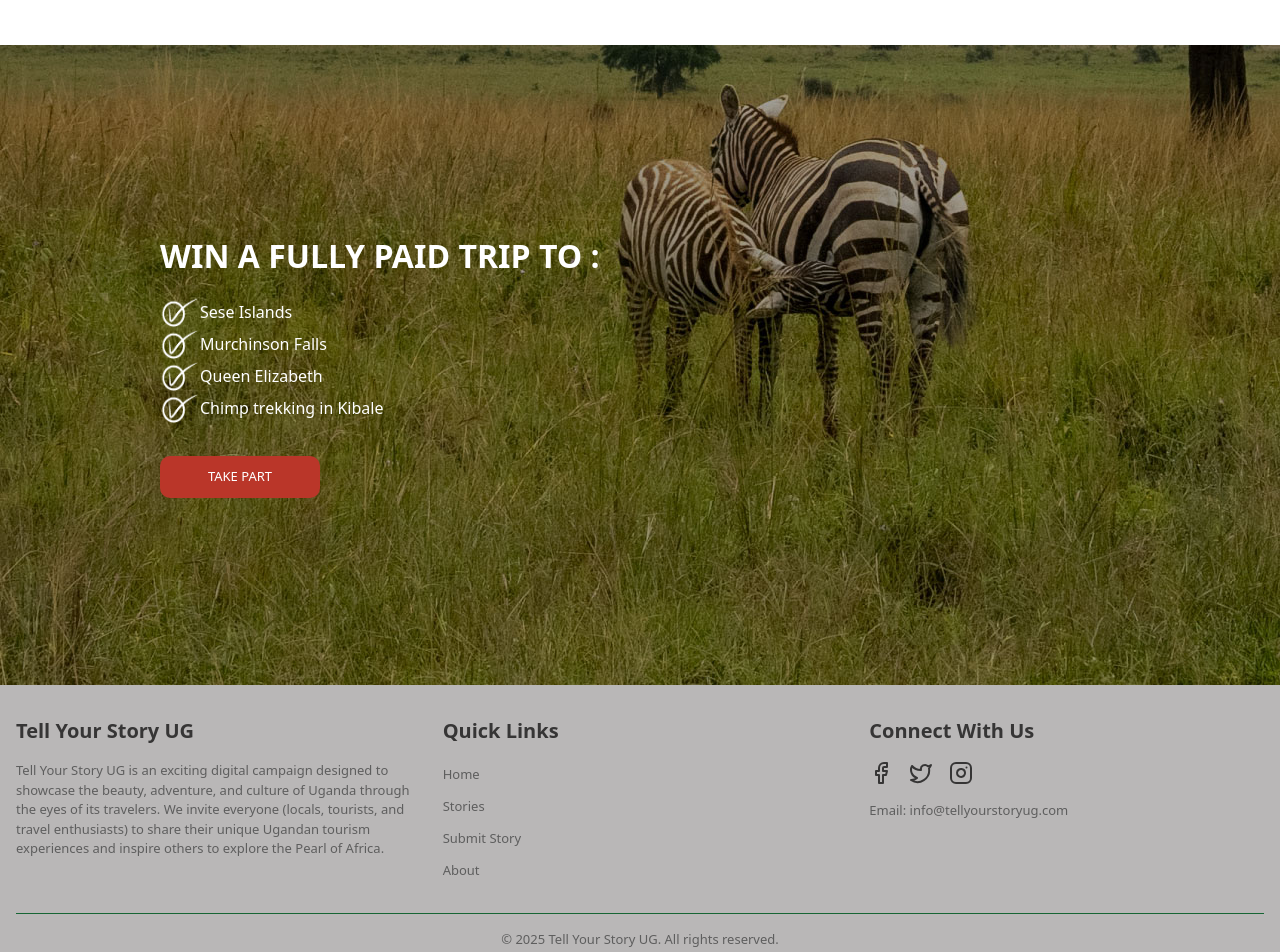
Repository: kaizoku010/take.part
Page: /
The author's editor kept a copy of each file at every save. The page is drawn from the files as they stood at one save, then again after a run of saves.
The browser window is 1280 px wide. The pictures show the part of the page from y = 2606 to 3558 px (the page is 3588 px tall).
Backgrounds fixed to the window are drawn as part of the page. The project was rebuilt for these pictures with package versions that can differ from the ones it lists, and the page was loaded fresh each time. Also part of the build but not shown: vite.config.ts, src/components/ui/tooltip.tsx, src/pages/About.tsx, src/components/ui/input.tsx, src/pages/Stories.tsx, src/pages/StoryDetail.tsx, src/components/ui/use-toast.ts, src/components/ui/label.tsx and 4 more.

Above is the page before, as saved 2025-04-14 15:37:14.

### index.html

<!DOCTYPE html>
<html lang="en">
  <head>
    <meta charset="UTF-8" />
    <meta name="viewport" content="width=device-width, initial-scale=1.0" />
    <title>TAKE PART</title>
    <meta name="description" content="Share your Ugandan tourism experiences and inspire others to explore the Pearl of Africa" />
    <meta name="author" content="muneza dixon" />

    <meta property="og:title" content="Tell Your Story UG - Explore Uganda" />
    <meta property="og:description" content="Share your Ugandan tourism experiences and inspire others to explore the Pearl of Africa" />

    <!-- Meta Pixel Code -->
    <script>
    !function(f,b,e,v,n,t,s)
    {if(f.fbq)return;n=f.fbq=function(){n.callMethod?
    n.callMethod.apply(n,arguments):n.queue.push(arguments)};
    if(!f._fbq)f._fbq=n;n.push=n;n.loaded=!0;n.version='2.0';
    n.queue=[];t=b.createElement(e);t.async=!0;
    t.src=v;s=b.getElementsByTagName(e)[0];
    s.parentNode.insertBefore(t,s)}(window, document,'script',
    'https://connect.facebook.net/en_US/fbevents.js');
    fbq('init', '1846327909352916');
    fbq('track', 'PageView');
    </script>
    <!-- End Meta Pixel Code -->
  </head>

  <body>
    <div id="root"></div>
    <!-- Facebook Pixel noscript -->
    <noscript><img height="1" width="1" style="display:none"
    src="https://www.facebook.com/tr?id=1846327909352916&ev=PageView&noscript=1"
    /></noscript>
    <!-- IMPORTANT: DO NOT REMOVE THIS SCRIPT TAG OR THIS VERY COMMENT! -->
    <script src="https://cdn.gpteng.co/gptengineer.js" type="module"></script>
    <script type="module" src="/src/main.tsx"></script>
  </body>
</html>

### src/App.tsx

import { Toaster } from "@/components/ui/toaster";
import { Toaster as Sonner } from "@/components/ui/sonner";
import { TooltipProvider } from "@/components/ui/tooltip";
import { QueryClient, QueryClientProvider } from "@tanstack/react-query";
import { BrowserRouter, Routes, Route } from "react-router-dom";
import Home from "./pages/Home";
import About from "./pages/About";
import Stories from "./pages/Stories";
import StoryDetail from "./pages/StoryDetail";
import SubmitStory from "./pages/SubmitStory";
import NotFound from "./pages/NotFound";
import "./mdx.css";
import "./mobile.css"

const queryClient = new QueryClient();

const App = () => (
  <QueryClientProvider client={queryClient}>
    <TooltipProvider>
      <Toaster />
      <Sonner />
      <BrowserRouter>
        <Routes>
          <Route path="/" element={<Home />} />
          <Route path="/about" element={<About />} />
          <Route path="/stories" element={<Stories />} />
          <Route path="/stories/:id" element={<StoryDetail />} />
          <Route path="/submit-story" element={<SubmitStory />} />
          {/* ADD ALL CUSTOM ROUTES ABOVE THE CATCH-ALL "*" ROUTE */}
          <Route path="*" element={<NotFound />} />
        </Routes>
      </BrowserRouter>
    </TooltipProvider>
  </QueryClientProvider>
);

export default App;

### src/index.css
@tailwind base;
@tailwind components;
@tailwind utilities;

@layer base {
  :root {
    --background: 0 0% 100%;
    --foreground: 222.2 84% 4.9%;

    --card: 0 0% 100%;
    --card-foreground: 222.2 84% 4.9%;

    --popover: 0 0% 100%;
    --popover-foreground: 222.2 84% 4.9%;

    /* Main Orange/Gold */
    --primary: 41.81 100% 49.8%;
    --primary-foreground: 210 40% 98%;

    /* Rust Red */
    --secondary: 5.38 63.88% 44.51%;
    --secondary-foreground: 210 40% 98%;

    /* Change accent to Rust Red */
    --accent: 5.38 63.88% 44.51%;
    --accent-foreground: 210 40% 98%;

    --muted: 210 40% 96.1%;
    --muted-foreground: 215.4 16.3% 46.9%;

    --destructive: 0 84.2% 60.2%;
    --destructive-foreground: 210 40% 98%;

    --border: 214.3 31.8% 91.4%;
    --input: 214.3 31.8% 91.4%;
    --ring: 5.38 63.88% 44.51%;  /* Changed to Rust Red */

    --radius: 0.5rem;

    --sidebar-background: 0 0% 98%;

    --sidebar-foreground: 240 5.3% 26.1%;

    --sidebar-primary: 240 5.9% 10%;

    --sidebar-primary-foreground: 0 0% 98%;

    --sidebar-accent: 240 4.8% 95.9%;

    --sidebar-accent-foreground: 240 5.9% 10%;

    --sidebar-border: 220 13% 91%;

    --sidebar-ring: 217.2 91.2% 59.8%;
  }

  .dark {
    --background: 222.2 84% 4.9%;
    --foreground: 210 40% 98%;

    --card: 222.2 84% 4.9%;
    --card-foreground: 210 40% 98%;

    --popover: 222.2 84% 4.9%;
    --popover-foreground: 210 40% 98%;

    /* Main Orange/Gold */
    --primary: 41.81 100% 49.8%;
    --primary-foreground: 210 40% 98%;

    /* Rust Red */
    --secondary: 5.38 63.88% 44.51%;
    --secondary-foreground: 210 40% 98%;

    /* Change accent to Rust Red */
    --accent: 5.38 63.88% 44.51%;
    --accent-foreground: 210 40% 98%;

    --muted: 217.2 32.6% 17.5%;
    --muted-foreground: 215 20.2% 65.1%;

    --destructive: 0 62.8% 30.6%;
    --destructive-foreground: 210 40% 98%;

    --border: 217.2 32.6% 17.5%;
    --input: 217.2 32.6% 17.5%;
    --ring: 5.38 63.88% 44.51%;  /* Changed to Rust Red */
    --sidebar-background: 240 5.9% 10%;
    --sidebar-foreground: 240 4.8% 95.9%;
    --sidebar-primary: 224.3 76.3% 48%;
    --sidebar-primary-foreground: 0 0% 100%;
    --sidebar-accent: 240 3.7% 15.9%;
    --sidebar-accent-foreground: 240 4.8% 95.9%;
    --sidebar-border: 240 3.7% 15.9%;
    --sidebar-ring: 217.2 91.2% 59.8%;
  }
}

@layer base {
  * {
    @apply border-border;
  }

  body {
    @apply bg-background text-foreground;
  }
}

### src/components/ui/toaster.tsx
import { useToast } from "@/hooks/use-toast"
import {
  Toast,
  ToastClose,
  ToastDescription,
  ToastProvider,
  ToastTitle,
  ToastViewport,
} from "@/components/ui/toast"

export function Toaster() {
  const { toasts } = useToast()

  return (
    <ToastProvider>
      {toasts.map(function ({ id, title, description, action, ...props }) {
        return (
          <Toast key={id} {...props}>
            <div className="grid gap-1">
              {title && <ToastTitle>{title}</ToastTitle>}
              {description && (
                <ToastDescription>{description}</ToastDescription>
              )}
            </div>
            {action}
            <ToastClose />
          </Toast>
        )
      })}
      <ToastViewport />
    </ToastProvider>
  )
}

### src/components/ui/sonner.tsx
import { useTheme } from "next-themes"
import { Toaster as Sonner, toast } from "sonner"

type ToasterProps = React.ComponentProps<typeof Sonner>

const Toaster = ({ ...props }: ToasterProps) => {
  const { theme = "system" } = useTheme()

  return (
    <Sonner
      theme={theme as ToasterProps["theme"]}
      className="toaster group"
      toastOptions={{
        classNames: {
          toast:
            "group toast group-[.toaster]:bg-background group-[.toaster]:text-foreground group-[.toaster]:border-border group-[.toaster]:shadow-lg",
          description: "group-[.toast]:text-muted-foreground",
          actionButton:
            "group-[.toast]:bg-primary group-[.toast]:text-primary-foreground",
          cancelButton:
            "group-[.toast]:bg-muted group-[.toast]:text-muted-foreground",
        },
      }}
      {...props}
    />
  )
}

export { Toaster, toast }

### src/mdx.css
/* #hero-text{
    font-size: medium !important;
} */

#logo{
    width: 6rem !important;
}

#link{
    font-weight: 500;
color:rgba(0, 0, 0, 0.658) !important;
}


.bg-green-800{
    background-color: #ba3629 !important;
}

.bg-yellow-800{
    background-color: rgb(254, 177, 0) !important;
}

.bg-green-900 {
    color: rgb(54, 53, 53) !important;
background-color: rgb(185, 183, 183) !important;
}


.text-green-800 {
    --tw-text-opacity: 1;
    color: rgb(43 49 45) !important;
}


.text-gray-hound{
    font-size: small;
    color: rgb(94, 94, 94) !important;
}


#carousel-section{
    padding-top: 5rem;
    padding-bottom: 5rem;
    background-color: #feb100 !important;
}

.bg-background {
    background-color: #212120 !important;
}

#prizes-section{
    height: 40rem !important;
    display: flex;
    padding-left: 10rem;
    background-position: bottom;
    background-attachment: fixed;
    width: 100%;
    background-image: url("../src/media/zebs.jpg");
}


.content-prizes{
display: flex;
/* background-color: red; */
width: 100%;
flex-direction: column;
justify-content: center;
}

.content-prizes-2{
display: flex;
background-color: transparent;
width: 100%;
flex-direction: column;
}

.win-title{

    font-weight: 800;
    font-size: 2rem;
    margin-bottom: 1rem;
    color: white;
}

.prize{
    display: flex;

    /* margin-bottom: 1rem; */
    font-weight: 200;
    /* font-size: 2rem; */
    align-items: center;
    color: white;
}

.prize img{
    width: 2.5rem;
    height: 2rem;
}


.take-part{
    background-color: #ba3629;
    color: white;
    padding: 0.7rem;
    margin-top: 2rem;
    width: 10rem;
    font-weight: 300;
    font-size: small;
    border-radius: 10px;

}

.take-part:hover{
background-color: #feb100 !important;
}

### src/components/ui/button.tsx
import * as React from "react"
import { Slot } from "@radix-ui/react-slot"
import { cva, type VariantProps } from "class-variance-authority"

import { cn } from "@/lib/utils"

const buttonVariants = cva(
  "inline-flex items-center justify-center gap-2 whitespace-nowrap rounded-md text-sm font-medium ring-offset-background transition-colors focus-visible:outline-none focus-visible:ring-2 focus-visible:ring-ring focus-visible:ring-offset-2 disabled:pointer-events-none disabled:opacity-50 [&_svg]:pointer-events-none [&_svg]:size-4 [&_svg]:shrink-0",
  {
    variants: {
      variant: {
        default: "bg-primary text-primary-foreground hover:bg-primary/90",
        destructive:
          "bg-destructive text-destructive-foreground hover:bg-destructive/90",
        outline:
          "border border-input bg-background hover:bg-accent hover:text-accent-foreground",
        secondary:
          "bg-secondary text-secondary-foreground hover:bg-secondary/80",
        ghost: "hover:bg-accent hover:text-accent-foreground",
        link: "text-primary underline-offset-4 hover:underline",
      },
      size: {
        default: "h-10 px-4 py-2",
        sm: "h-9 rounded-md px-3",
        lg: "h-11 rounded-md px-8",
        icon: "h-10 w-10",
      },
    },
    defaultVariants: {
      variant: "default",
      size: "default",
    },
  }
)

export interface ButtonProps
  extends React.ButtonHTMLAttributes<HTMLButtonElement>,
    VariantProps<typeof buttonVariants> {
  asChild?: boolean
}

const Button = React.forwardRef<HTMLButtonElement, ButtonProps>(
  ({ className, variant, size, asChild = false, ...props }, ref) => {
    const Comp = asChild ? Slot : "button"
    return (
      <Comp
        className={cn(buttonVariants({ variant, size, className }))}
        ref={ref}
        {...props}
      />
    )
  }
)
Button.displayName = "Button"

export { Button, buttonVariants }

### src/components/ui/card.tsx
import * as React from "react"

import { cn } from "@/lib/utils"

const Card = React.forwardRef<
  HTMLDivElement,
  React.HTMLAttributes<HTMLDivElement>
>(({ className, ...props }, ref) => (
  <div
    ref={ref}
    className={cn(
      "rounded-lg border bg-card text-card-foreground shadow-sm",
      className
    )}
    {...props}
  />
))
Card.displayName = "Card"

const CardHeader = React.forwardRef<
  HTMLDivElement,
  React.HTMLAttributes<HTMLDivElement>
>(({ className, ...props }, ref) => (
  <div
    ref={ref}
    className={cn("flex flex-col space-y-1.5 p-6", className)}
    {...props}
  />
))
CardHeader.displayName = "CardHeader"

const CardTitle = React.forwardRef<
  HTMLParagraphElement,
  React.HTMLAttributes<HTMLHeadingElement>
>(({ className, ...props }, ref) => (
  <h3
    ref={ref}
    className={cn(
      "text-2xl font-semibold leading-none tracking-tight",
      className
    )}
    {...props}
  />
))
CardTitle.displayName = "CardTitle"

const CardDescription = React.forwardRef<
  HTMLParagraphElement,
  React.HTMLAttributes<HTMLParagraphElement>
>(({ className, ...props }, ref) => (
  <p
    ref={ref}
    className={cn("text-sm text-muted-foreground", className)}
    {...props}
  />
))
CardDescription.displayName = "CardDescription"

const CardContent = React.forwardRef<
  HTMLDivElement,
  React.HTMLAttributes<HTMLDivElement>
>(({ className, ...props }, ref) => (
  <div ref={ref} className={cn("p-6 pt-0", className)} {...props} />
))
CardContent.displayName = "CardContent"

const CardFooter = React.forwardRef<
  HTMLDivElement,
  React.HTMLAttributes<HTMLDivElement>
>(({ className, ...props }, ref) => (
  <div
    ref={ref}
    className={cn("flex items-center p-6 pt-0", className)}
    {...props}
  />
))
CardFooter.displayName = "CardFooter"

export { Card, CardHeader, CardFooter, CardTitle, CardDescription, CardContent }

### src/components/layout/Layout.tsx

import { ReactNode } from "react";
import Header from "./Header";
import Footer from "./Footer";

interface LayoutProps {
  children: ReactNode;
}

const Layout = ({ children }: LayoutProps) => {
  return (
    <div className="flex flex-col min-h-screen">
      <Header />
      <main className="flex-grow">
        {children}
      </main>
      <Footer />
    </div>
  );
};

export default Layout;

### src/components/layout/Header.tsx

import { useState } from "react";
import { Menu, X } from "lucide-react";
import { Link } from "react-router-dom";
import Logo from "../../media/logo.png";

const Header = () => {
  const [isMenuOpen, setIsMenuOpen] = useState(false);

  const toggleMenu = () => {
    setIsMenuOpen(!isMenuOpen);
  };

  return (
    <header className="text-white shadow-md">
      <div className="container mx-auto px-4">
        <div className="flex justify-between items-center">
          <Link to="/" className="text-2xl font-bold flex items-center gap-2">
            <img id="logo" src={Logo} alt="Logo" />
            {/* <span className="text-white">Tell Your Story</span> */}
          </Link>

          {/* Desktop Navigation */}
          <nav className="hidden md:flex space-x-8">
            <Link to="/" id="link" className="hover:text-yellow-400 transition-colors">Home</Link>
            <Link to="/stories" id="link" className="hover:text-yellow-400 transition-colors">Stories</Link>
            <Link to="/submit-story" id="link" className="hover:text-yellow-400 transition-colors">Submit Story</Link>
            <Link to="/about" id="link" className="hover:text-yellow-400 transition-colors">About</Link>
          </nav>

          {/* Mobile Menu Button */}
          <button
            onClick={toggleMenu}
            className="md:hidden text-white focus:outline-none"
          >
            {isMenuOpen ? <X size={24} /> : <Menu size={24} />}
          </button>
        </div>

        {/* Mobile Navigation */}
        {isMenuOpen && (
          <nav className="md:hidden pt-4 pb-2">
            <div className="flex flex-col space-y-3">
              <Link
                to="/"
                id="link"
                className="hover:text-yellow-400 transition-colors py-2"
                onClick={() => setIsMenuOpen(false)}
              >
                Home
              </Link>
              <Link
                to="/stories"
                id="link"
                className="hover:text-yellow-400 transition-colors py-2"
                onClick={() => setIsMenuOpen(false)}
              >
                Stories
              </Link>
              <Link
                to="/submit-story"
                id="link"
                className="hover:text-yellow-400 transition-colors py-2"
                onClick={() => setIsMenuOpen(false)}
              >
                Submit Story
              </Link>
              <Link
                to="/about"
                id="link"
                className="hover:text-yellow-400 transition-colors py-2"
                onClick={() => setIsMenuOpen(false)}
              >
                About
              </Link>
            </div>
          </nav>
        )}
      </div>
    </header>
  );
};

export default Header;

### src/components/layout/Footer.tsx

import { Facebook, Instagram, Twitter } from "lucide-react";
import { Link } from "react-router-dom";

const Footer = () => {
  return (
    <footer className="bg-green-900 text-white py-8">
      <div className="container mx-auto px-4">
        <div className="grid grid-cols-1 md:grid-cols-3 gap-8">
          <div>
            <h3 className="text-xl font-bold mb-4">Tell Your Story UG</h3>
            <p className="text-gray-300 text-gray-hound">
            Tell Your Story UG is an exciting digital campaign designed to showcase the beauty, adventure, and culture of Uganda through the eyes of its travelers. We invite everyone (locals, tourists, and travel enthusiasts) to share their unique Ugandan tourism experiences and inspire others to explore the Pearl of Africa.
                        </p>
          </div>

          <div>
            <h3 className="text-xl font-bold mb-4">Quick Links</h3>
            <ul className="space-y-2">
              <li><Link to="/" className="text-gray-hound text-gray-300 hover:text-yellow-400 transition-colors">Home</Link></li>
              <li><Link to="/stories" className="text-gray-hound text-gray-300 hover:text-yellow-400 transition-colors">Stories</Link></li>
              <li><Link to="/submit-story" className="text-gray-hound text-gray-300 hover:text-yellow-400 transition-colors">Submit Story</Link></li>
              <li><Link to="/about" className="text-gray-hound text-gray-300 hover:text-yellow-400 transition-colors">About</Link></li>
            </ul>
          </div>

          <div>
            <h3 className="text-xl font-bold mb-4">Connect With Us</h3>
            <div className="flex space-x-4">
              <a href="https://facebook.com" target="_blank" rel="noopener noreferrer" className="hover:text-yellow-400 transition-colors">
                <Facebook size={24} />
              </a>
              <a href="https://twitter.com" target="_blank" rel="noopener noreferrer" className="hover:text-yellow-400 transition-colors">
                <Twitter size={24} />
              </a>
              <a href="https://instagram.com" target="_blank" rel="noopener noreferrer" className="hover:text-yellow-400 transition-colors">
                <Instagram size={24} />
              </a>
            </div>
            <p className="mt-4 text-gray-300 text-gray-hound">
              Email: <a href="mailto:info@tellyourstoryug.com" className="text-gray-hound hover:text-yellow-400 transition-colors">info@tellyourstoryug.com</a>
            </p>
          </div>
        </div>

        <div className="mt-8 pt-4 border-t border-green-800 text-center text-gray-300 text-gray-hound">
          <p>&copy; {new Date().getFullYear()} Tell Your Story UG. All rights reserved.</p>
        </div>
      </div>
    </footer>
  );
};

export default Footer;

### tailwind.config.ts
import type { Config } from "tailwindcss";

export default {
	darkMode: ["class"],
	content: [
		"./pages/**/*.{ts,tsx}",
		"./components/**/*.{ts,tsx}",
		"./app/**/*.{ts,tsx}",
		"./src/**/*.{ts,tsx}",
	],
	prefix: "",
	theme: {
		container: {
			center: true,
			padding: '2rem',
			screens: {
				'2xl': '1400px'
			}
		},
		extend: {
			colors: {
				main: 'hsl(41.81, 100%, 49.8%)',    // Orange/Gold
				accent: 'hsl(5.38, 63.88%, 44.51%)', // Rust Red
				border: 'hsl(var(--border))',
				input: 'hsl(var(--input))',
				ring: 'hsl(var(--ring))',
				background: 'hsl(var(--background))',
				foreground: 'hsl(var(--foreground))',
				primary: {
					DEFAULT: 'hsl(var(--primary))',
					foreground: 'hsl(var(--primary-foreground))'
				},
				secondary: {
					DEFAULT: 'hsl(var(--secondary))',
					foreground: 'hsl(var(--secondary-foreground))'
				},
				destructive: {
					DEFAULT: 'hsl(var(--destructive))',
					foreground: 'hsl(var(--destructive-foreground))'
				},
				muted: {
					DEFAULT: 'hsl(var(--muted))',
					foreground: 'hsl(var(--muted-foreground))'
				},
				// accent: {
				// 	DEFAULT: 'hsl(var(--accent))',
				// 	foreground: 'hsl(var(--accent-foreground))'
				// },
				popover: {
					DEFAULT: 'hsl(var(--popover))',
					foreground: 'hsl(var(--popover-foreground))'
				},
				card: {
					DEFAULT: 'hsl(var(--card))',
					foreground: 'hsl(var(--card-foreground))'
				},
				sidebar: {
					DEFAULT: 'hsl(var(--sidebar-background))',
					foreground: 'hsl(var(--sidebar-foreground))',
					primary: 'hsl(var(--sidebar-primary))',
					'primary-foreground': 'hsl(var(--sidebar-primary-foreground))',
					accent: 'hsl(var(--sidebar-accent))',
					'accent-foreground': 'hsl(var(--sidebar-accent-foreground))',
					border: 'hsl(var(--sidebar-border))',
					ring: 'hsl(var(--sidebar-ring))'
				}
			},
			borderRadius: {
				lg: 'var(--radius)',
				md: 'calc(var(--radius) - 2px)',
				sm: 'calc(var(--radius) - 4px)'
			},
			keyframes: {
				'accordion-down': {
					from: {
						height: '0'
					},
					to: {
						height: 'var(--radix-accordion-content-height)'
					}
				},
				'accordion-up': {
					from: {
						height: 'var(--radix-accordion-content-height)'
					},
					to: {
						height: '0'
					}
				}
			},
			animation: {
				'accordion-down': 'accordion-down 0.2s ease-out',
				'accordion-up': 'accordion-up 0.2s ease-out'
			}
		}
	},
	plugins: [require("tailwindcss-animate")],
} satisfies Config;

Loaded but not shown: src/main.tsx (common file); src/hooks/use-toast.ts (common file); src/lib/utils.ts (common file); src/pages/Home.tsx (261 lines, source omitted); src/components/ui/carousel.tsx (260 lines, source omitted); src/components/ui/toast.tsx (127 lines, source omitted); src/mobile.css (no copy from this time; the picture is the same without it)

After the next 4 saves:
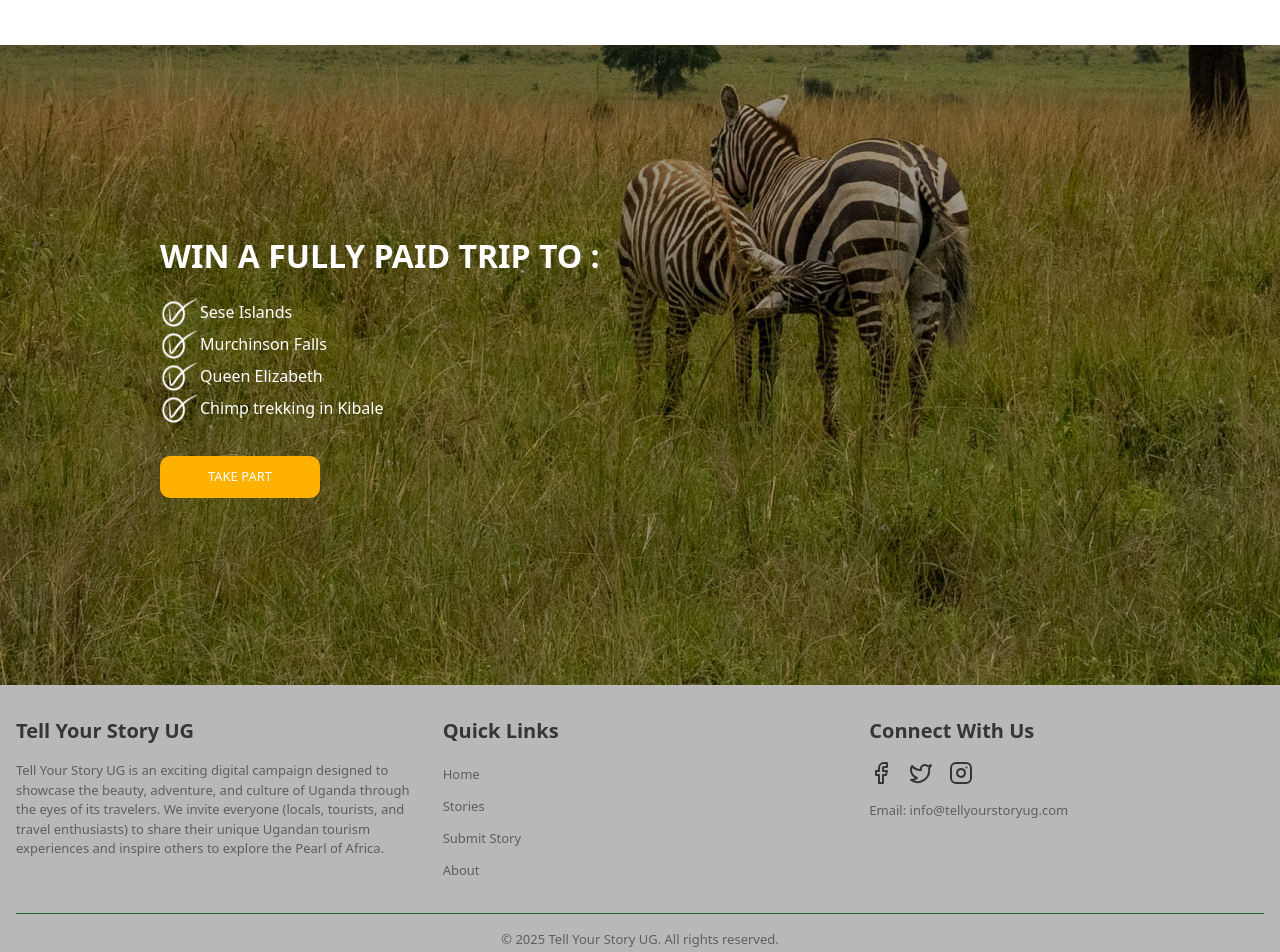
The 4 saves are shown as one change because they came seconds apart.
The last was saved 11 s later.
--- a/src/mdx.css
+++ b/src/mdx.css
@@ -99,7 +99,7 @@ flex-direction: column;
 
 
 .take-part{
-    background-color: #ba3629;
+    background-color: #feb100;
     color: white;
     padding: 0.7rem;
     margin-top: 2rem;
@@ -111,5 +111,6 @@ flex-direction: column;
 }
 
 .take-part:hover{
-background-color: #feb100 !important;
+
+background-color: #ba3629 !important;
 }
